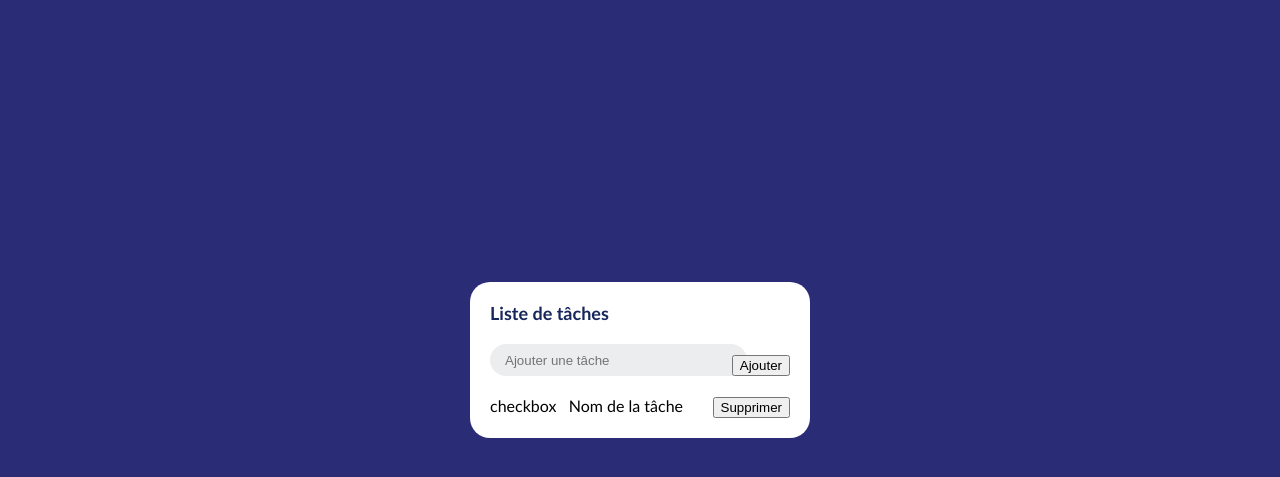
Repository: ndiemenguer/convertisseur
Page: / (app in todo-isep/)
An editor plug-in stored every save of this project. The page is shown before and after the next save, followed by the edit.
The browser window is 1280 px wide. The pictures show the whole page.
The project was rebuilt for these pictures with package versions that can differ from the ones it lists, and the page was loaded fresh each time. Also part of the build but not shown: todo-isep/vite.config.js, todo-isep/src/Application.jsx, todo-isep/src/index.css.

Above is the page before, as saved 2023-05-06 12:29:41.

After the next save:
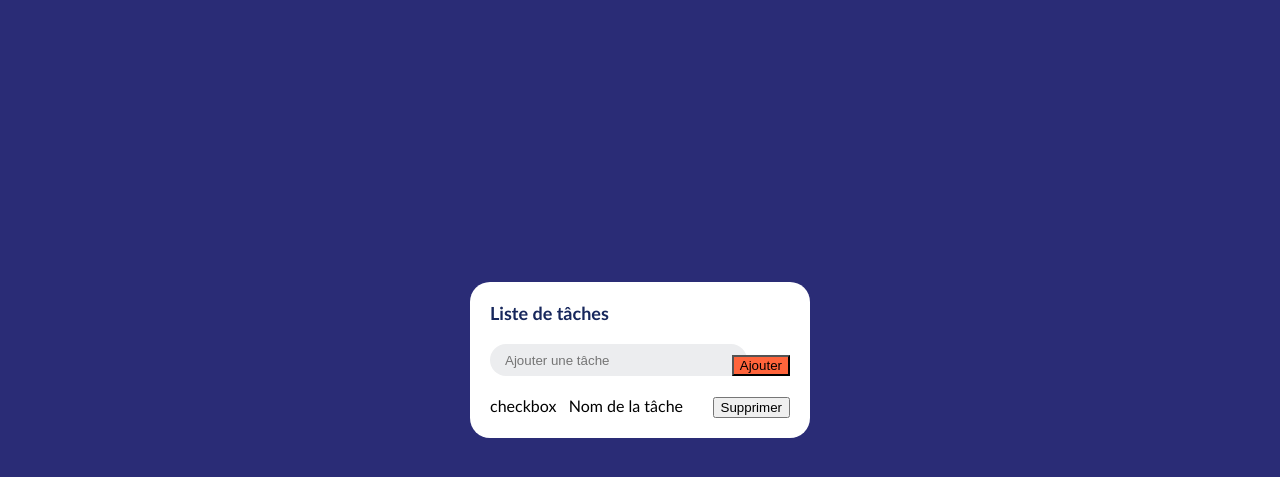
Saved 38 s later.
--- a/todo-isep/src/App.css
+++ b/todo-isep/src/App.css
@@ -55,4 +55,5 @@ body {
   position: absolute;
   right: 0;
   bottom: 0;
+  background-color: #ff643b;
 }
